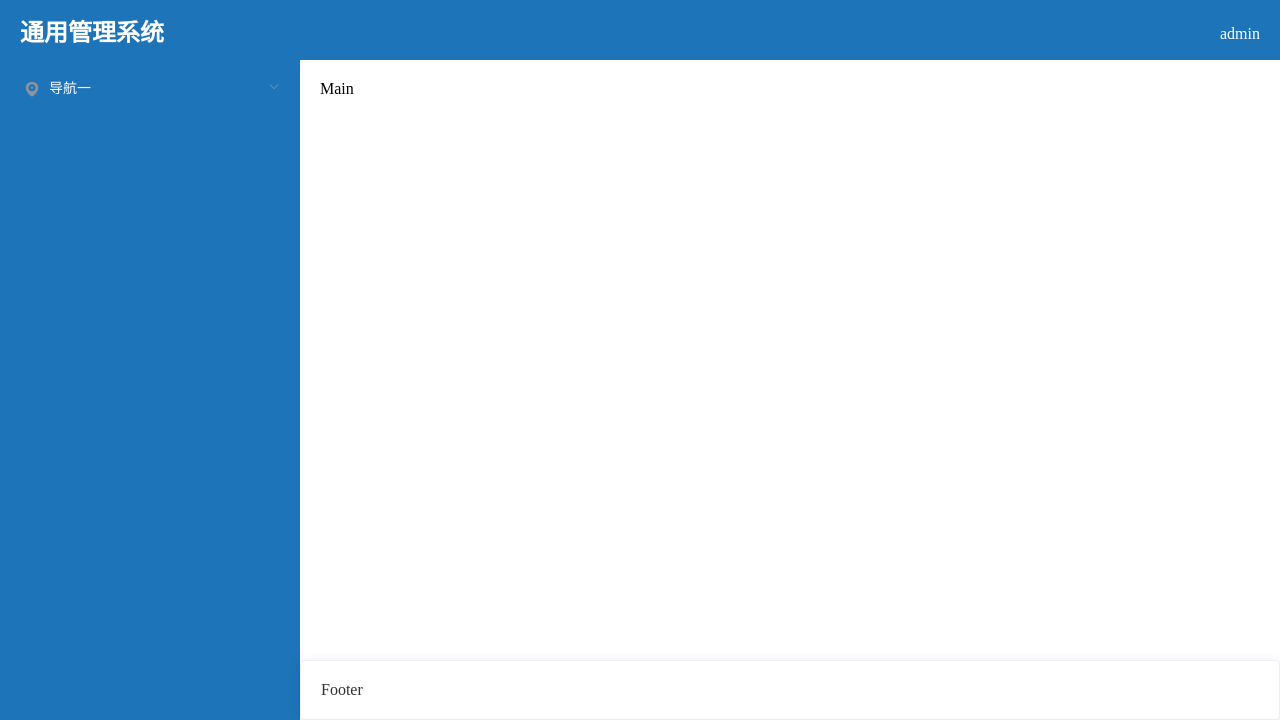
Repository: LdoIt/backstage-management-system
Page: /#/home (app in backstage-management-system/)
The author's editor kept a copy of each file at every save. The page is drawn from the files as they stood at one save, then again after the next save.
The browser window is 1280 px wide. The pictures show the whole page.
The project was rebuilt for these pictures with package versions that can differ from the ones it lists, and the page was loaded fresh each time. Also part of the build but not shown: backstage-management-system/vue.config.js, backstage-management-system/src/pages/students/StudentList.vue.

Above is the page before, as saved 2023-04-16 09:17:56.

After the next save:
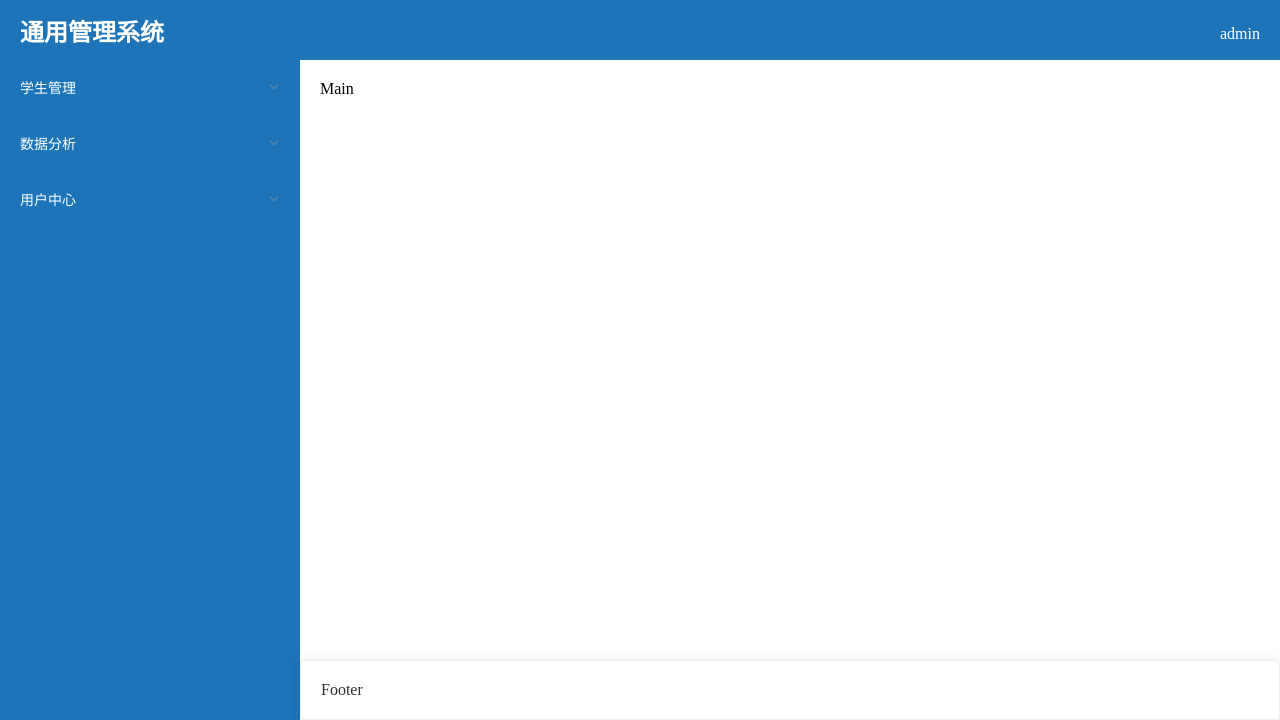
Saved 2 min 5 s later.
--- a/backstage-management-system/src/components/common/Menu.vue
+++ b/backstage-management-system/src/components/common/Menu.vue
@@ -4,10 +4,10 @@
 <template>
   <div class="muenContainer">
     <el-menu default-active="2" class="el-menu-vertical-demo" background-color="#1d74b9" text-color="#fff" active-text-color="#ffd04b">
-      <el-submenu index="1" v-for="">
+      <el-submenu index="1" v-for="(item1, index) in routes" :key="index">
         <template slot="title">
-          <i class="el-icon-location"></i>
-          <span>导航一</span>
+          <i class="item.iconClass"></i>
+          <span>{{item1.name}}</span>
         </template>
         <el-menu-item-group>
           <el-menu-item index="1-1">选项1</el-menu-item>
